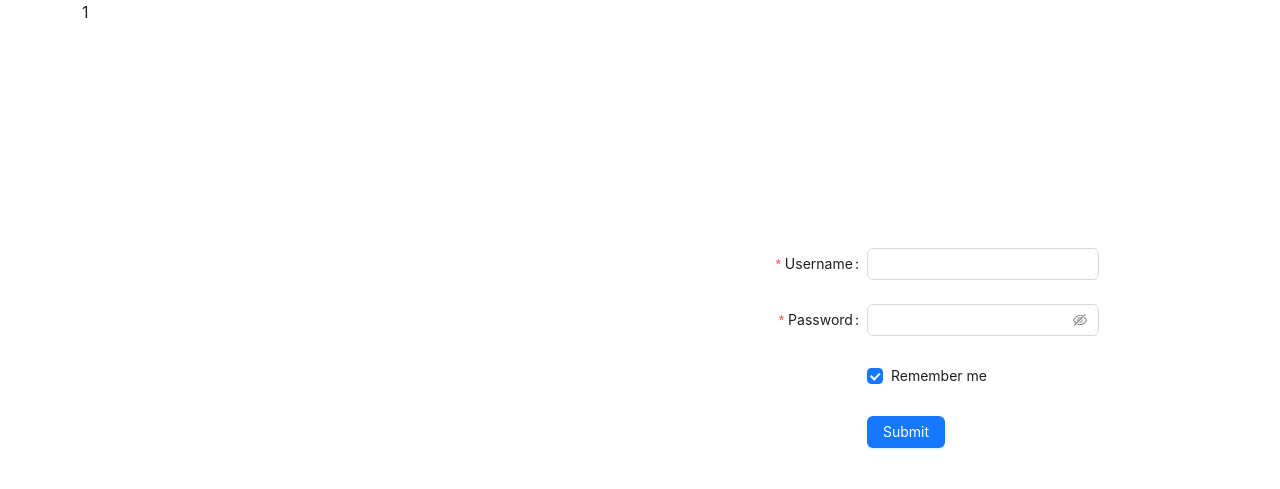
Repository: di-huynh-dev/kanban-inventory-management
Page: /
The author's editor kept a copy of each file at every save. The page is drawn from the files as they stood at one save, then again after the next save.
The browser window is 1280 px wide. The pictures show the whole page.
The project was rebuilt for these pictures with package versions that can differ from the ones it lists, and the page was loaded fresh each time. Also part of the build but not shown: src/App.css, src/pages/auth/SignUp.tsx, src/routers/MainRouter.tsx.

Above is the page before, as saved 2024-09-07 11:46:07.

### public/index.html
<!DOCTYPE html>
<html lang="en">
  <head>
    <meta charset="utf-8" />
    <link rel="icon" href="%PUBLIC_URL%/favicon.ico" />
    <meta name="viewport" content="width=device-width, initial-scale=1" />
    <meta name="theme-color" content="#000000" />
    <meta
      name="description"
      content="Web site created using create-react-app"
    />
    <link rel="apple-touch-icon" href="%PUBLIC_URL%/logo192.png" />
    <link
      rel="stylesheet"
      href="https://cdn.jsdelivr.net/npm/bootstrap@5.3.2/dist/css/bootstrap.min.css"
      integrity="sha384-T3c6CoIi6uLrA9TneNEoa7RxnatzjcDSCmG1MXxSR1GAsXEV/Dwwykc2MPK8M2HN"
      crossorigin="anonymous"
    />
    <!--
      manifest.json provides metadata used when your web app is installed on a
      user's mobile device or desktop. See https://developers.google.com/web/fundamentals/web-app-manifest/
    -->
    <link rel="manifest" href="%PUBLIC_URL%/manifest.json" />
    <!--
      Notice the use of %PUBLIC_URL% in the tags above.
      It will be replaced with the URL of the `public` folder during the build.
      Only files inside the `public` folder can be referenced from the HTML.

      Unlike "/favicon.ico" or "favicon.ico", "%PUBLIC_URL%/favicon.ico" will
      work correctly both with client-side routing and a non-root public URL.
      Learn how to configure a non-root public URL by running `npm run build`.
    -->
    <title>React App</title>
  </head>
  <body>
    <noscript>You need to enable JavaScript to run this app.</noscript>
    <div id="root"></div>
    <!--
      This HTML file is a template.
      If you open it directly in the browser, you will see an empty page.

      You can add webfonts, meta tags, or analytics to this file.
      The build step will place the bundled scripts into the <body> tag.

      To begin the development, run `npm start` or `yarn start`.
      To create a production bundle, use `npm run build` or `yarn build`.
    -->
  </body>
</html>

### src/index.css
body {
  margin: 0;
  font-family: -apple-system, BlinkMacSystemFont, 'Segoe UI', 'Roboto', 'Oxygen', 'Ubuntu', 'Cantarell', 'Fira Sans',
    'Droid Sans', 'Helvetica Neue', sans-serif;
  -webkit-font-smoothing: antialiased;
  -moz-osx-font-smoothing: grayscale;
}

code {
  font-family: source-code-pro, Menlo, Monaco, Consolas, 'Courier New', monospace;
}

.content-center {
  height: 100vh;
  justify-content: center;
  align-items: center;
  display: flex;
}

### src/App.tsx
import './App.css'
import Routers from './routers/Routers'

function App() {
  return <Routers />
}

export default App

### src/routers/Routers.tsx
import AuthRouter from './AuthRouter'
import MainRouter from './MainRouter'

const Routers = () => {
  return 1 < 2 ? <AuthRouter></AuthRouter> : <MainRouter></MainRouter>
}

export default Routers

### src/routers/AuthRouter.tsx
import { createBrowserRouter, RouterProvider } from 'react-router-dom'
import { LoginPage, SignUpPage } from '../pages'

const authRouter = createBrowserRouter([
  {
    path: '/',
    element: <LoginPage></LoginPage>,
  },
  {
    path: '/sign-up',
    element: <SignUpPage></SignUpPage>,
  },
])
const AuthRouter = () => {
  return (
    <div className="container">
      <div className="row">
        <div className="col">1</div>
        <div className="col content-center">
          <RouterProvider router={authRouter} />
        </div>
      </div>
    </div>
  )
}

export default AuthRouter

### src/pages/index.ts
import LoginPage from './auth/Login'
import SignUpPage from './auth/SignUp'

export { LoginPage, SignUpPage }

### src/pages/auth/Login.tsx
import type { FormProps } from 'antd'
import { Button, Checkbox, Form, Input } from 'antd'

type FieldType = {
  username?: string
  password?: string
  remember?: string
}

const LoginPage = () => {
  const onFinish: FormProps<FieldType>['onFinish'] = (values) => {
    console.log('Success:', values)
  }

  const onFinishFailed: FormProps<FieldType>['onFinishFailed'] = (errorInfo) => {
    console.log('Failed:', errorInfo)
  }
  return (
    <Form
      name="basic"
      labelCol={{ span: 8 }}
      wrapperCol={{ span: 16 }}
      style={{ maxWidth: 600 }}
      initialValues={{ remember: true }}
      onFinish={onFinish}
      onFinishFailed={onFinishFailed}
      autoComplete="off"
    >
      <Form.Item<FieldType>
        label="Username"
        name="username"
        rules={[{ required: true, message: 'Please input your username!' }]}
      >
        <Input />
      </Form.Item>

      <Form.Item<FieldType>
        label="Password"
        name="password"
        rules={[{ required: true, message: 'Please input your password!' }]}
      >
        <Input.Password />
      </Form.Item>

      <Form.Item<FieldType> name="remember" valuePropName="checked" wrapperCol={{ offset: 8, span: 16 }}>
        <Checkbox>Remember me</Checkbox>
      </Form.Item>

      <Form.Item wrapperCol={{ offset: 8, span: 16 }}>
        <Button type="primary" htmlType="submit">
          Submit
        </Button>
      </Form.Item>
    </Form>
  )
}

export default LoginPage

Loaded but not shown: src/index.tsx (common file); src/reportWebVitals.ts (common file)

After the next save:
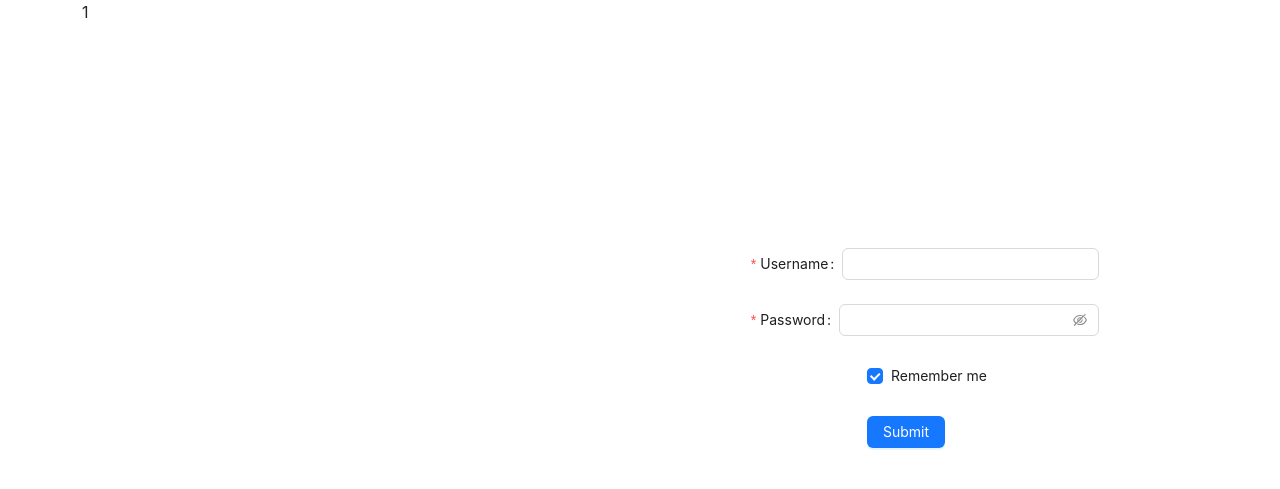
Saved 82 s later.
--- a/src/pages/auth/Login.tsx
+++ b/src/pages/auth/Login.tsx
@@ -16,16 +16,7 @@ const LoginPage = () => {
     console.log('Failed:', errorInfo)
   }
   return (
-    <Form
-      name="basic"
-      labelCol={{ span: 8 }}
-      wrapperCol={{ span: 16 }}
-      style={{ maxWidth: 600 }}
-      initialValues={{ remember: true }}
-      onFinish={onFinish}
-      onFinishFailed={onFinishFailed}
-      autoComplete="off"
-    >
+    <Form initialValues={{ remember: true }} onFinish={onFinish} onFinishFailed={onFinishFailed} autoComplete="off">
       <Form.Item<FieldType>
         label="Username"
         name="username"
